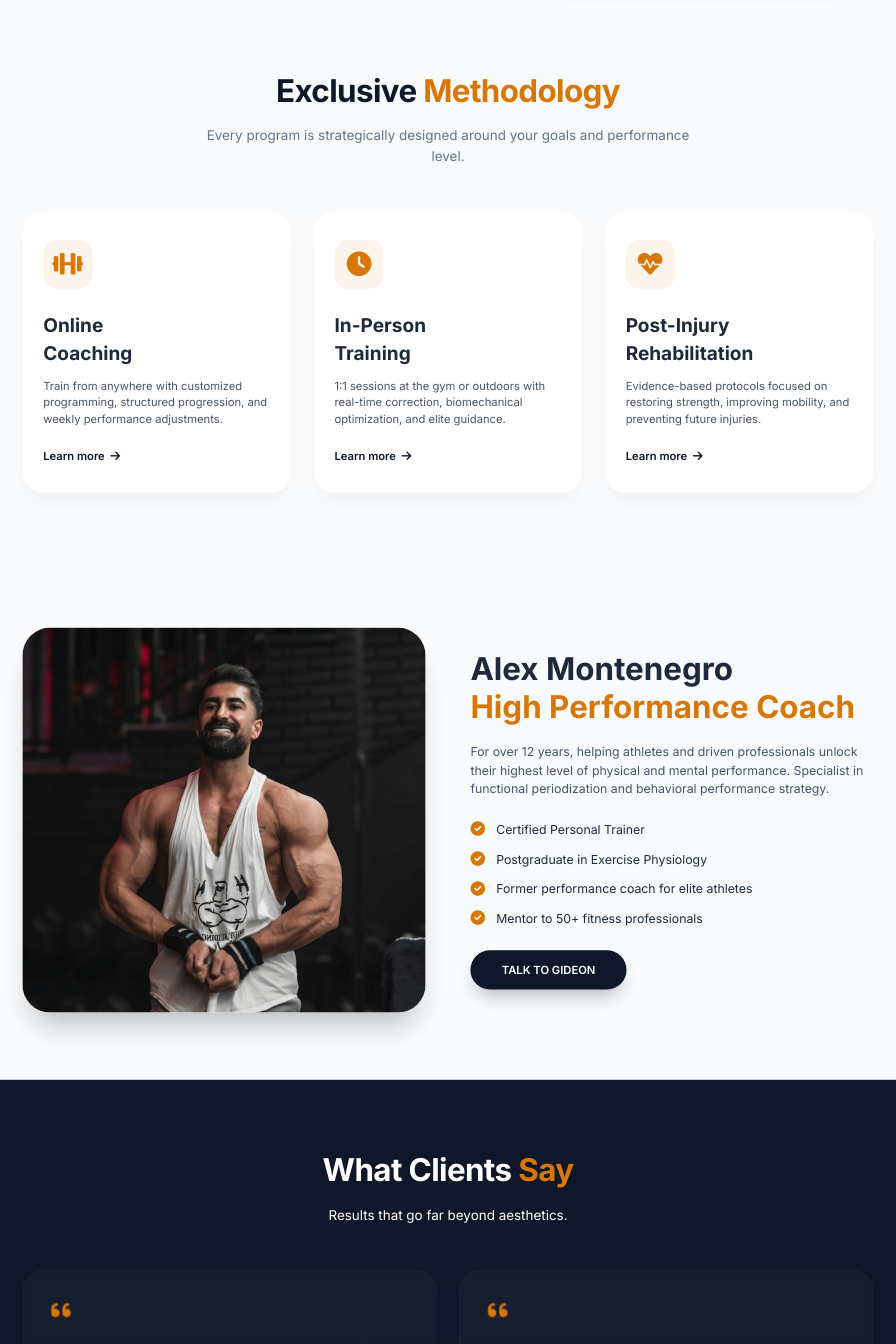
Repository: davidfsillva/Alex-Personal
Page: index.html
The author's editor kept a copy of each file at every save. The page is drawn from the files as they stood at one save, then again after the next save.
The browser window is 1280 px wide. The pictures show the part of the page from y = 771 to 2691 px (the page is 4659 px tall), at 70% of full size.

Above is the page before, as saved 2026-02-18 20:49:36.

### index.html
<!DOCTYPE html>
<html lang="en">
<head>
    <meta charset="UTF-8">
    <meta name="viewport" content="width=device-width, initial-scale=1.0">
    <title>Daniel Ashford | High Performance Coaching</title>

    <!-- Font Awesome -->
    <link rel="stylesheet" href="https://cdnjs.cloudflare.com/ajax/libs/font-awesome/6.0.0-beta3/css/all.min.css">

    <!-- Google Font -->
    <link href="https://fonts.googleapis.com/css2?family=Inter:wght@400;500;600;700;800&display=swap" rel="stylesheet">

    <link rel="stylesheet" href="style.css">
</head>
<body>

<nav class="navbar">
    <div class="logo">GIDEON <span style="color:#d97706;">ASHFORD</span></div>
    <div class="nav-links">
        <a href="#home">HOME</a>
        <a href="#services">SERVICES</a>
        <a href="#about">ABOUT</a>
        <a href="#testimonials">TESTIMONIALS</a>
        <a href="#plans">PLANS</a>
        <a href="#contact" class="btn-nav">BOOK NOW</a>
    </div>
</nav>

<main>

<!-- HERO -->
<section class="hero" id="home">
    <div class="container hero-grid">
        <div>
            <span class="hero-badge">
                <i class="fas fa-bolt" style="margin-right:6px;"></i>
                PREMIUM PERFORMANCE TRAINING
            </span>

            <h1>Transform your <span>body</span>. Elevate your mind.</h1>

            <p>
                Proven high-performance training method focused on real results,
                strategic periodization, and personalized 24/7 support.
            </p>

            <div class="hero-cta">
                <a href="#plans" class="btn-primary">GET STARTED</a>
                <a href="#about" class="btn-outline">LEARN MORE</a>
            </div>

            <div class="stats">
                <div class="stat-item">
                    <h3>500+</h3>
                    <p>active clients</p>
                </div>
                <div class="stat-item">
                    <h3>98%</h3>
                    <p>retention rate</p>
                </div>
                <div class="stat-item">
                    <h3>12</h3>
                    <p>years of experience</p>
                </div>
            </div>
        </div>

        <div class="hero-image"></div>
    </div>
</section>

<!-- SERVICES -->
<section class="section" id="services">
    <div class="container">
        <div class="section-title">
            <h2>Exclusive <span>Methodology</span></h2>
            <p>Every program is strategically designed around your goals and performance level.</p>
        </div>

        <div class="services-grid">

            <div class="service-card">
                <div class="service-icon"><i class="fas fa-dumbbell"></i></div>
                <h3>Online<br>Coaching</h3>
                <p>
                    Train from anywhere with customized programming,
                    structured progression, and weekly performance adjustments.
                </p>
                <a href="#" class="service-link">Learn more <i class="fas fa-arrow-right"></i></a>
            </div>

            <div class="service-card">
                <div class="service-icon"><i class="fas fa-clock"></i></div>
                <h3>In-Person<br>Training</h3>
                <p>
                    1:1 sessions at the gym or outdoors with real-time correction,
                    biomechanical optimization, and elite guidance.
                </p>
                <a href="#" class="service-link">Learn more <i class="fas fa-arrow-right"></i></a>
            </div>

            <div class="service-card">
                <div class="service-icon"><i class="fas fa-heartbeat"></i></div>
                <h3>Post-Injury<br>Rehabilitation</h3>
                <p>
                    Evidence-based protocols focused on restoring strength,
                    improving mobility, and preventing future injuries.
                </p>
                <a href="#" class="service-link">Learn more <i class="fas fa-arrow-right"></i></a>
            </div>

        </div>
    </div>
</section>

<!-- ABOUT -->
<section class="section" id="about">
    <div class="container about-grid">
        <div class="about-image"></div>

        <div class="about-content">
            <h2>Alex Montenegro<br><span>High Performance Coach</span></h2>

            <p>
                For over 12 years, helping athletes and driven professionals
                unlock their highest level of physical and mental performance.
                Specialist in functional periodization and behavioral performance strategy.
            </p>

            <ul class="check-list">
                <li><i class="fas fa-check-circle"></i> Certified Personal Trainer</li>
                <li><i class="fas fa-check-circle"></i> Postgraduate in Exercise Physiology</li>
                <li><i class="fas fa-check-circle"></i> Former performance coach for elite athletes</li>
                <li><i class="fas fa-check-circle"></i> Mentor to 50+ fitness professionals</li>
            </ul>

            <a href="#contact" class="btn-primary">TALK TO GIDEON</a>
        </div>
    </div>
</section>

<!-- TESTIMONIALS -->
<section class="section testimonials" id="testimonials">
    <div class="container">
        <div class="section-title">
            <h2>What Clients <span>Say</span></h2>
            <p>Results that go far beyond aesthetics.</p>
        </div>

        <div class="testimonial-grid">

            <div class="testimonial-card">
                <i class="fas fa-quote-left" style="color:#d97706; font-size:2rem;"></i>
                <p>
                    "I've never experienced this level of progress before.
                    Alex understood my routine and built a strategy that fit perfectly.
                    I lost 26 lbs in 5 months — sustainably and safely."
                </p>

                <div class="client-info">
                    <div class="client-img">C</div>
                    <div>
                        <h4>Camila Rocha</h4>
                        <span>Entrepreneur · Client for 2 years</span>
                    </div>
                </div>
            </div>

            <div class="testimonial-card">
                <i class="fas fa-quote-left" style="color:#d97706; font-size:2rem;"></i>
                <p>
                    "More than a coach — a true mentor.
                    My posture improved, back pain disappeared,
                    and my Jiu-Jitsu performance increased significantly."
                </p>

                <div class="client-info">
                    <div class="client-img">M</div>
                    <div>
                        <h4>Marcos Lima</h4>
                        <span>Jiu-Jitsu Black Belt</span>
                    </div>
                </div>
            </div>

        </div>
    </div>
</section>

<!-- PLANS -->
<section class="section" id="plans">
    <div class="container">
        <div class="section-title">
            <h2>Choose Your <span>Plan</span></h2>
            <p>An investment in your highest level of performance.</p>
        </div>

        <div class="pricing-grid">

            <div class="pricing-card">
                <h3>Online Coaching</h3>
                <div class="price">$197<span>/month</span></div>

                <ul class="pricing-features">
                    <li><i class="fas fa-check"></i> Comprehensive initial assessment</li>
                    <li><i class="fas fa-check"></i> Customized training program</li>
                    <li><i class="fas fa-check"></i> Weekly performance adjustments</li>
                    <li><i class="fas fa-check"></i> Biweekly live coaching sessions</li>
                </ul>

                <button class="btn-pricing">SUBSCRIBE</button>
            </div>

            <div class="pricing-card featured">
                <div class="popular-badge">MOST POPULAR</div>

                <h3>In-Person Coaching</h3>
                <div class="price">$497<span>/month</span></div>

                <ul class="pricing-features">
                    <li><i class="fas fa-check"></i> 4 private sessions per month</li>
                    <li><i class="fas fa-check"></i> Priority 24/7 support</li>
                    <li><i class="fas fa-check"></i> Monthly reassessment</li>
                    <li><i class="fas fa-check"></i> Full access to online program</li>
                </ul>

                <button class="btn-pricing">JOIN NOW</button>
            </div>

            <div class="pricing-card">
                <h3>Elite Mentorship</h3>
                <div class="price">$897<span>/month</span></div>

                <ul class="pricing-features">
                    <li><i class="fas fa-check"></i> 8 private sessions per month</li>
                    <li><i class="fas fa-check"></i> Advanced performance strategy</li>
                    <li><i class="fas fa-check"></i> Personalized lifestyle guidance</li>
                    <li><i class="fas fa-check"></i> Long-term transformation roadmap</li>
                </ul>

                <button class="btn-pricing">APPLY NOW</button>
            </div>

        </div>
    </div>
</section>

<!-- FINAL CTA -->
<div class="container" id="contact">
    <div class="cta-section">
        <h2>Ready to unlock your highest level?</h2>
        <p>Limited availability for private coaching.</p>
        <a href="#" class="btn-primary">SECURE YOUR SPOT</a>
    </div>
</div>

</main>

<footer>
    <div class="logo" style="justify-content:center; margin-bottom:1.5rem;">
        ALEX <span style="color:#d97706;">MONTENEGRO</span>
    </div>

    <div class="footer-links">
        <a href="#home">Home</a>
        <a href="#services">Services</a>
        <a href="#about">About</a>
        <a href="#testimonials">Testimonials</a>
        <a href="#plans">Plans</a>
    </div>

    <div class="social">
        <i class="fab fa-instagram"></i>
        <i class="fab fa-youtube"></i>
    </div>

    <p style="margin-top:2rem;">
        © 2025 Alex Montenegro · All rights reserved
    </p>
</footer>

</body>
</html>

### style.css

* {
    margin: 0;
    padding: 0;
    box-sizing: border-box;
}

body {
    font-family: 'Inter', 'Helvetica Neue', sans-serif;
    background: #f8fafc;
    color: #1e293b;
    line-height: 1.5;
    overflow-x: hidden;
}

/* smooth scroll */
html {
    scroll-behavior: smooth;
}

.container {
    max-width: 1280px;
    margin: 0 auto;
    padding: 0 2rem;
}

/* header / nav */
.navbar {
    display: flex;
    justify-content: space-between;
    align-items: center;
    padding: 1.5rem 2rem;
    background: rgba(255,255,255,0.8);
    backdrop-filter: blur(10px);
    position: fixed;
    width: 100%;
    top: 0;
    z-index: 1000;
    border-bottom: 1px solid rgba(0,0,0,0.03);
}

.logo {
    font-weight: 700;
    font-size: 1.6rem;
    letter-spacing: -0.02em;
    background: linear-gradient(135deg, #0f172a, #334155);
    -webkit-background-clip: text;
    -webkit-text-fill-color: transparent;
}

.nav-links {
    display: flex;
    gap: 2.5rem;
    align-items: center;
}

.nav-links a {
    text-decoration: none;
    color: #1e293b;
    font-weight: 500;
    font-size: 0.95rem;
    transition: 0.2s;
    letter-spacing: 0.3px;
}

.nav-links a:hover {
    color: #d97706;
}

.btn-nav {
    background: #0f172a;
    color: white !important;
    padding: 0.6rem 1.6rem;
    border-radius: 40px;
    font-weight: 600;
    box-shadow: 0 8px 20px rgba(15,23,42,0.15);
}

.btn-nav:hover {
    background: #d97706;
    color: white !important;
    box-shadow: 0 8px 25px rgba(217,119,6,0.25);
}

/* hero section */
.hero {
    min-height: 100vh;
    display: flex;
    align-items: center;
    background: linear-gradient(145deg, #ffffff 0%, #f1f5f9 100%);
    padding: 7rem 0 5rem;
    position: relative;
    overflow: hidden;
}

.hero:before {
    content: '';
    position: absolute;
    width: 600px;
    height: 600px;
    background: radial-gradient(circle, rgba(217,119,6,0.02) 0%, transparent 70%);
    right: -100px;
    bottom: -100px;
    border-radius: 50%;
}

.hero-grid {
    display: grid;
    grid-template-columns: 1fr 1fr;
    gap: 3rem;
    align-items: center;
}

.hero-badge {
    background: rgba(217,119,6,0.08);
    color: #d97706;
    padding: 0.3rem 1rem;
    border-radius: 40px;
    font-size: 0.85rem;
    font-weight: 600;
    display: inline-block;
    margin-bottom: 1.5rem;
    letter-spacing: 0.5px;
    border: 1px solid rgba(217,119,6,0.2);
}

.hero h1 {
    font-size: 3.8rem;
    font-weight: 800;
    line-height: 1.1;
    letter-spacing: -0.03em;
    color: #0f172a;
    margin-bottom: 1.2rem;
}

.hero h1 span {
    color: #d97706;
    border-bottom: 4px solid rgba(217,119,6,0.3);
    display: inline-block;
}

.hero p {
    font-size: 1.2rem;
    color: #475569;
    max-width: 500px;
    margin-bottom: 2.5rem;
}

.hero-cta {
    display: flex;
    gap: 1.2rem;
    align-items: center;
}

.btn-primary {
    background: #0f172a;
    color: white;
    border: none;
    padding: 1rem 2.8rem;
    border-radius: 50px;
    font-weight: 600;
    font-size: 1rem;
    cursor: pointer;
    transition: 0.25s;
    box-shadow: 0 15px 25px -8px rgba(15,23,42,0.3);
    text-decoration: none;
    display: inline-block;
}

.btn-primary:hover {
    background: #d97706;
    transform: scale(1.02);
    box-shadow: 0 20px 30px -8px rgba(217,119,6,0.4);
}

.btn-outline {
    background: transparent;
    border: 1.5px solid #0f172a;
    color: #0f172a;
    padding: 0.9rem 2.2rem;
    border-radius: 50px;
    font-weight: 600;
    transition: 0.2s;
    text-decoration: none;
}

.btn-outline:hover {
    border-color: #d97706;
    color: #d97706;
}

.hero-image {
    background: url('img/1.jpg') center/cover;
    height: 580px;
    border-radius: 40px;
    box-shadow: 0 40px 70px -15px rgba(0,0,0,0.3);
    position: relative;
    border: 1px solid rgba(255,255,255,0.2);
}

.hero-image:after {
    content: '';
    position: absolute;
    inset: 0;
    background: linear-gradient(145deg, transparent 50%, rgba(0,0,0,0.1));
    border-radius: 40px;
}

/* resultados / estatísticas */
.stats {
    display: flex;
    gap: 2.5rem;
    margin-top: 2.8rem;
}

.stat-item h3 {
    font-size: 2rem;
    font-weight: 700;
    color: #0f172a;
}

.stat-item p {
    font-size: 0.9rem;
    color: #64748b;
    margin: 0;
}

/* seção serviços */
.section {
    padding: 6rem 0;
}

.section-title {
    text-align: center;
    max-width: 700px;
    margin: 0 auto 4rem;
}

.section-title h2 {
    font-size: 2.8rem;
    font-weight: 700;
    color: #0f172a;
    margin-bottom: 1rem;
    letter-spacing: -0.02em;
}

.section-title h2 span {
    color: #d97706;
}

.section-title p {
    color: #64748b;
    font-size: 1.2rem;
}

.services-grid {
    display: grid;
    grid-template-columns: repeat(3, 1fr);
    gap: 2rem;
}

.service-card {
    background: white;
    padding: 2.5rem 1.8rem;
    border-radius: 30px;
    box-shadow: 0 20px 35px -10px rgba(0,0,0,0.05);
    transition: all 0.3s ease;
    border: 1px solid rgba(0,0,0,0.02);
}

.service-card:hover {
    transform: translateY(-10px);
    box-shadow: 0 30px 45px -12px rgba(217,119,6,0.15);
    border-color: rgba(217,119,6,0.2);
}

.service-icon {
    background: rgba(217,119,6,0.08);
    width: 70px;
    height: 70px;
    border-radius: 20px;
    display: flex;
    align-items: center;
    justify-content: center;
    margin-bottom: 2rem;
}

.service-icon i {
    font-size: 2.2rem;
    color: #d97706;
}

.service-card h3 {
    font-size: 1.7rem;
    font-weight: 700;
    margin-bottom: 0.8rem;
}

.service-card p {
    color: #475569;
    margin-bottom: 1.8rem;
}

.service-link {
    color: #0f172a;
    font-weight: 600;
    text-decoration: none;
    display: inline-flex;
    align-items: center;
    gap: 0.5rem;
}

.service-link i {
    transition: 0.2s;
}

.service-link:hover {
    color: #d97706;
}

.service-link:hover i {
    transform: translateX(5px);
}

/* sobre */
.about-grid {
    display: grid;
    grid-template-columns: 1fr 1fr;
    gap: 4rem;
    align-items: center;
}

.about-image {
    height: 550px;
    background: url('img/2.jpg') center/cover;
    border-radius: 40px;
    box-shadow: 0 30px 40px -15px rgba(0,0,0,0.25);
}

.about-content h2 {
    font-size: 2.8rem;
    font-weight: 700;
    line-height: 1.2;
    margin-bottom: 1.5rem;
}

.about-content h2 span {
    color: #d97706;
}

.about-content p {
    color: #475569;
    font-size: 1.1rem;
    margin-bottom: 2rem;
}

.check-list {
    list-style: none;
    margin: 2rem 0;
}

.check-list li {
    display: flex;
    gap: 1rem;
    align-items: center;
    margin-bottom: 1rem;
    font-size: 1.1rem;
}

.check-list i {
    color: #d97706;
    font-size: 1.3rem;
}

/* depoimentos */
.testimonials {
    background: #0f172a;
    color: white;
}

.testimonials .section-title h2,
.testimonials .section-title p {
    color: white;
}

.testimonial-grid {
    display: grid;
    grid-template-columns: repeat(2, 1fr);
    gap: 2rem;
}

.testimonial-card {
    background: rgba(255,255,255,0.03);
    padding: 2.5rem;
    border-radius: 30px;
    backdrop-filter: blur(5px);
    border: 1px solid rgba(255,255,255,0.05);
}

.testimonial-card p {
    font-size: 1.2rem;
    font-style: italic;
    margin: 1.5rem 0;
    color: #e2e8f0;
}

.client-info {
    display: flex;
    align-items: center;
    gap: 1rem;
}

.client-img {
    width: 55px;
    height: 55px;
    border-radius: 50%;
    background: #d97706;
    display: flex;
    align-items: center;
    justify-content: center;
    font-weight: 700;
    font-size: 1.4rem;
    color: white;
}

.client-info h4 {
    font-weight: 700;
}

.client-info span {
    color: #94a3b8;
    font-size: 0.9rem;
}

/* planos */
.pricing-grid {
    display: grid;
    grid-template-columns: repeat(3, 1fr);
    gap: 2rem;
    margin-top: 2rem;
}

.pricing-card {
    background: white;
    border-radius: 30px;
    padding: 2.8rem 2rem;
    box-shadow: 0 25px 40px -15px rgba(0,0,0,0.1);
    transition: 0.3s;
    border: 1px solid #f1f5f9;
    position: relative;
}

.pricing-card.featured {
    transform: scale(1.02);
    border: 1.5px solid #d97706;
    box-shadow: 0 30px 50px -18px #d97706;
}

.popular-badge {
    position: absolute;
    top: -12px;
    left: 30px;
    background: #d97706;
    color: white;
    padding: 0.3rem 1.2rem;
    border-radius: 40px;
    font-size: 0.8rem;
    font-weight: 600;
}

.pricing-card h3 {
    font-size: 1.8rem;
    font-weight: 700;
    margin-bottom: 0.5rem;
}

.price {
    font-size: 3rem;
    font-weight: 800;
    color: #0f172a;
    margin: 1.2rem 0;
}

.price span {
    font-size: 1rem;
    font-weight: 400;
    color: #64748b;
}

.pricing-features {
    list-style: none;
    margin: 2rem 0;
}

.pricing-features li {
    display: flex;
    gap: 0.8rem;
    margin-bottom: 1rem;
    color: #334155;
}

.pricing-features i {
    color: #d97706;
}

.btn-pricing {
    width: 100%;
    background: #0f172a;
    color: white;
    border: none;
    padding: 1rem;
    border-radius: 40px;
    font-weight: 600;
    cursor: pointer;
    transition: 0.2s;
}

.btn-pricing:hover {
    background: #d97706;
}

/* cta final */
.cta-section {
    background: linear-gradient(135deg, #0f172a 0%, #1e293b 100%);
    color: white;
    text-align: center;
    padding: 5rem 2rem;
    border-radius: 60px;
    margin: 4rem auto;
}

.cta-section h2 {
    font-size: 3rem;
    font-weight: 700;
    margin-bottom: 1rem;
}

.cta-section .btn-primary {
    background: #d97706;
    margin-top: 2rem;
    box-shadow: 0 20px 30px -8px #d97706;
}

.cta-section .btn-primary:hover {
    background: white;
    color: #0f172a;
}

/* footer */
footer {
    background: #0f172a;
    color: #94a3b8;
    padding: 3rem 2rem;
    text-align: center;
    border-top: 1px solid #1e293b;
}

.footer-links {
    display: flex;
    gap: 2.5rem;
    justify-content: center;
    margin: 2rem 0;
}

.footer-links a {
    color: #cbd5e1;
    text-decoration: none;
    font-weight: 500;
}

.social i {
    font-size: 1.5rem;
    margin: 0 1rem;
    color: #64748b;
    transition: 0.2s;
}

.social i:hover {
    color: #d97706;
}

/* responsividade */
@media (max-width: 1000px) {
    .hero h1 { font-size: 3rem; }
    .hero-grid, .about-grid, .services-grid, .pricing-grid, .testimonial-grid {
        grid-template-columns: 1fr;
    }
    .hero-image { height: 450px; }
    .navbar { padding: 1rem; }
    .nav-links { display: none; }
}

After the next save:
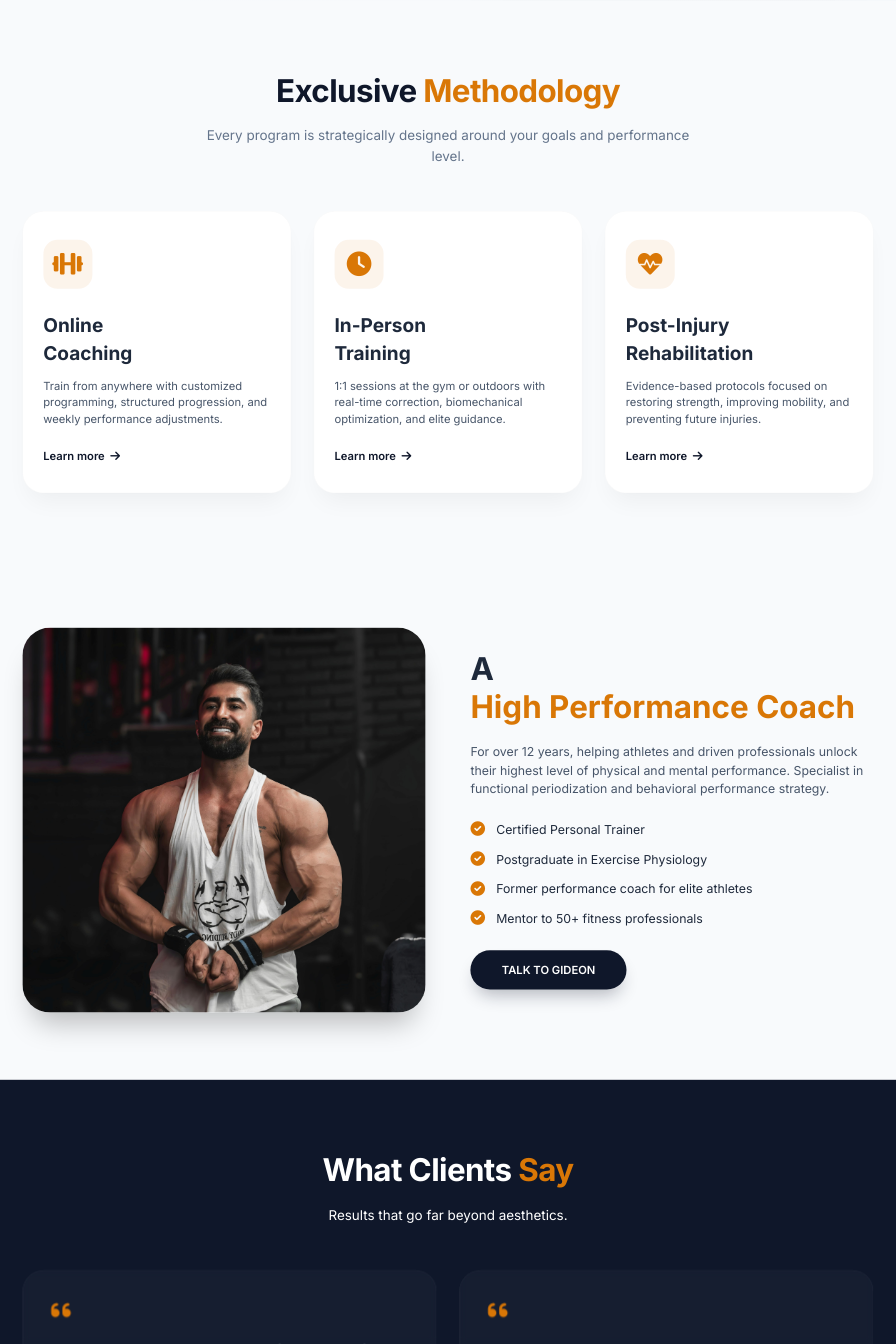
Saved 9 s later.
--- a/index.html
+++ b/index.html
@@ -120,7 +120,7 @@
         <div class="about-image"></div>
 
         <div class="about-content">
-            <h2>Alex Montenegro<br><span>High Performance Coach</span></h2>
+            <h2>A<br><span>High Performance Coach</span></h2>
 
             <p>
                 For over 12 years, helping athletes and driven professionals
